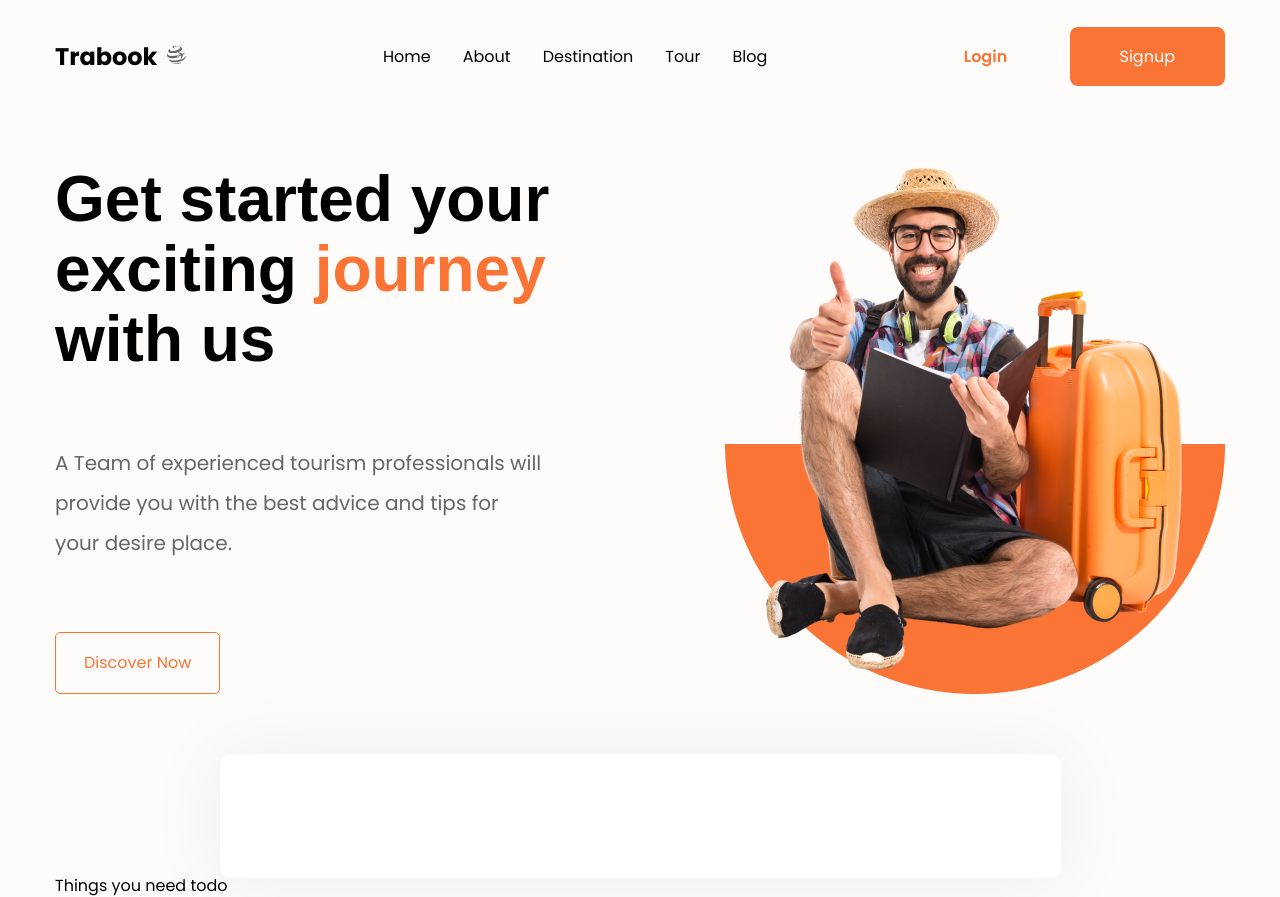
Repository: phobo99/phobo99.github.io
Page: Trabook/index.html
These files come from the project's save history. The page is drawn as it stood at one moment and after the next save; the edit follows.
The browser window is 1280 px wide. The pictures show the whole page.
Some web fonts or font styles are not loaded; a fallback is used. Some web libraries are served in a nearby version. The style sheet was rebuilt from its Sass, Less or Tailwind sources for each picture, by a compiler version that may differ from the author's.

Above is the page before, as saved 2022-06-18 22:44:48.

After the next save:
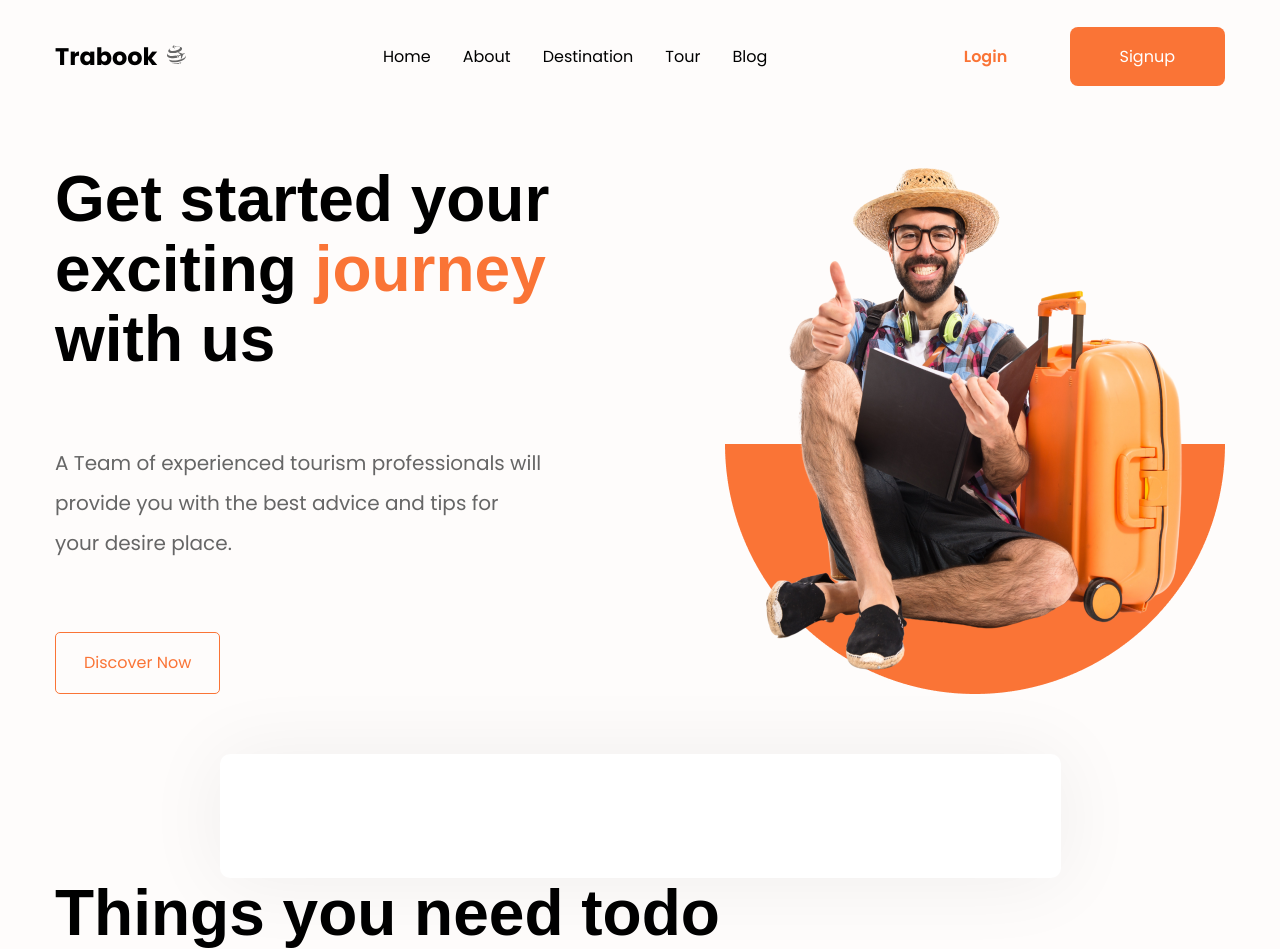
Saved 47 s later.
--- a/Trabook/index.html
+++ b/Trabook/index.html
@@ -63,7 +63,7 @@
             </div>
         </header>
         <div class="todo container">
-            <h2 class="content-header">Things you need <span>todo</span></h2>
+            <h1 class="content-header">Things you need <span>todo</span></h1>
         </div>
     </div>
 </body>

After the save that followed:
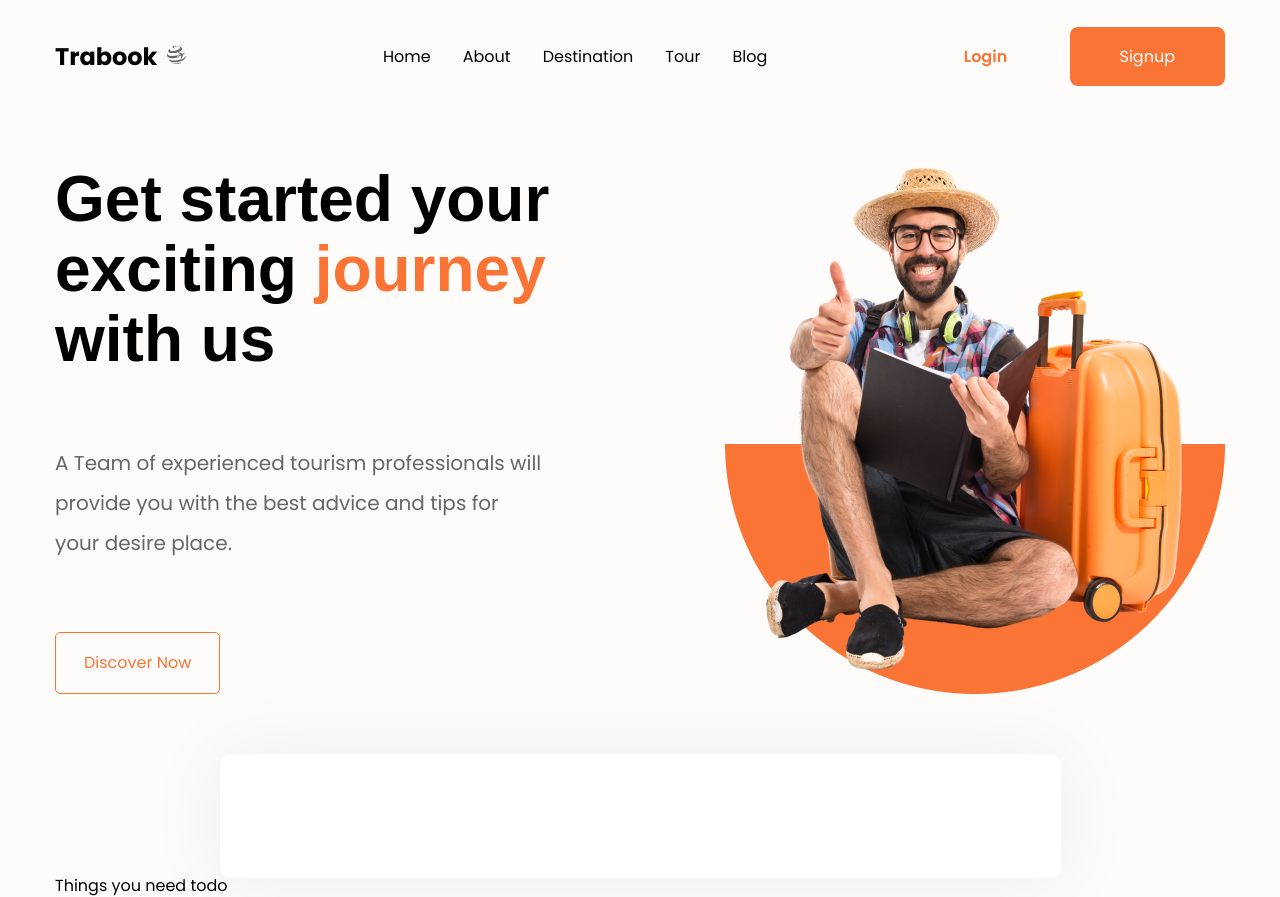
Saved 5 s later.
--- a/Trabook/index.html
+++ b/Trabook/index.html
@@ -63,7 +63,7 @@
             </div>
         </header>
         <div class="todo container">
-            <h1 class="content-header">Things you need <span>todo</span></h1>
+            <h2 class="content-header">Things you need <span>todo</span></h2>
         </div>
     </div>
 </body>
